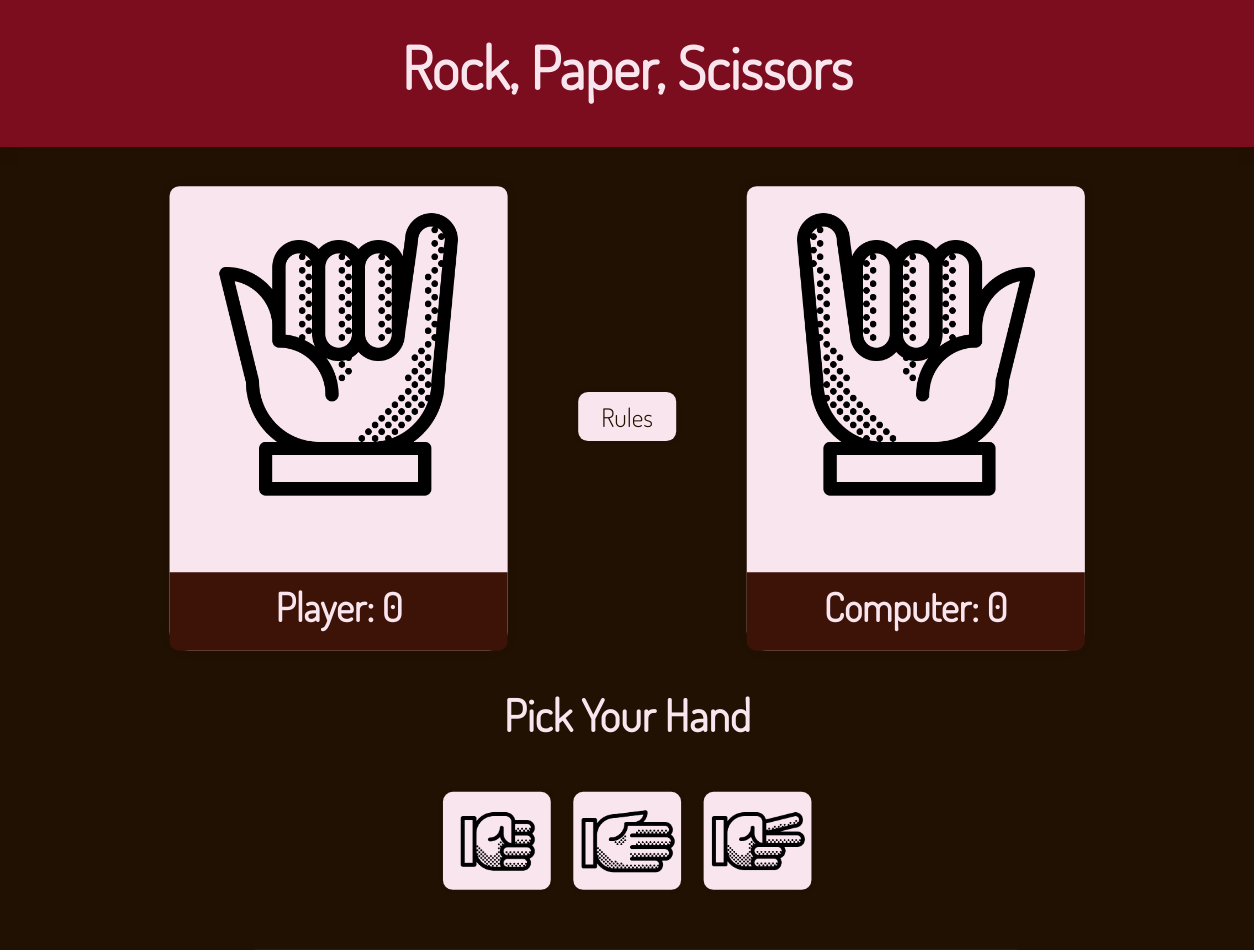
Repository: shayanabedi98/rock-paper-scissors
Page: index.html
The author's editor kept a copy of each file at every save. The page is drawn from the files as they stood at one save, then again after the next save.
The browser window is 1280 px wide. The pictures show the whole page, at 98% of full size.

Above is the page before, as saved 2023-07-15 16:04:29.

After the next save:
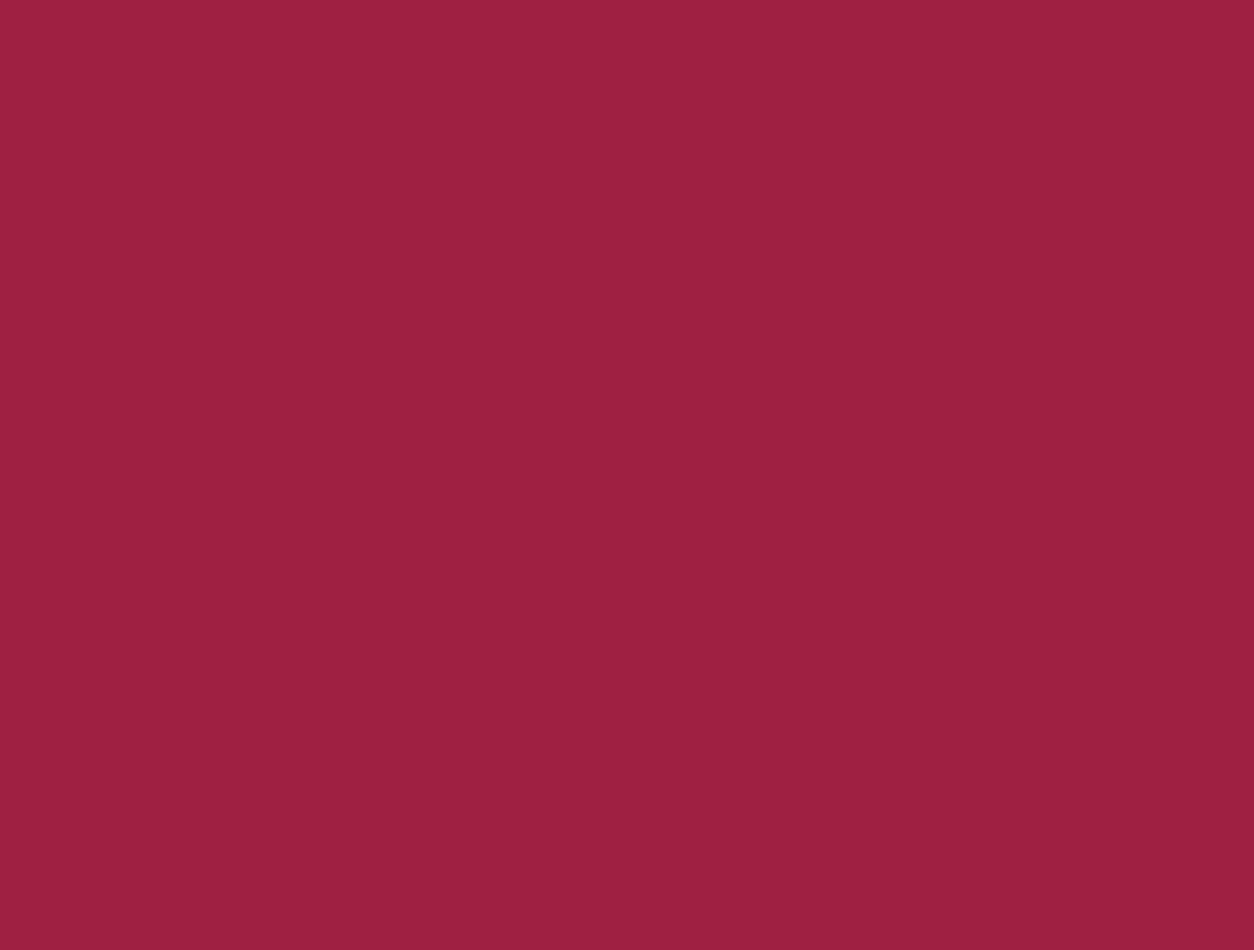
Saved 22 s later.
--- a/styles.css
+++ b/styles.css
@@ -16,7 +16,7 @@ h1 {
     background-color: #211103;
     margin: 0;
     padding: 0;
-    z-index: 3;
+    visibility: hidden;
 }
 
 .header {

After the save that followed:
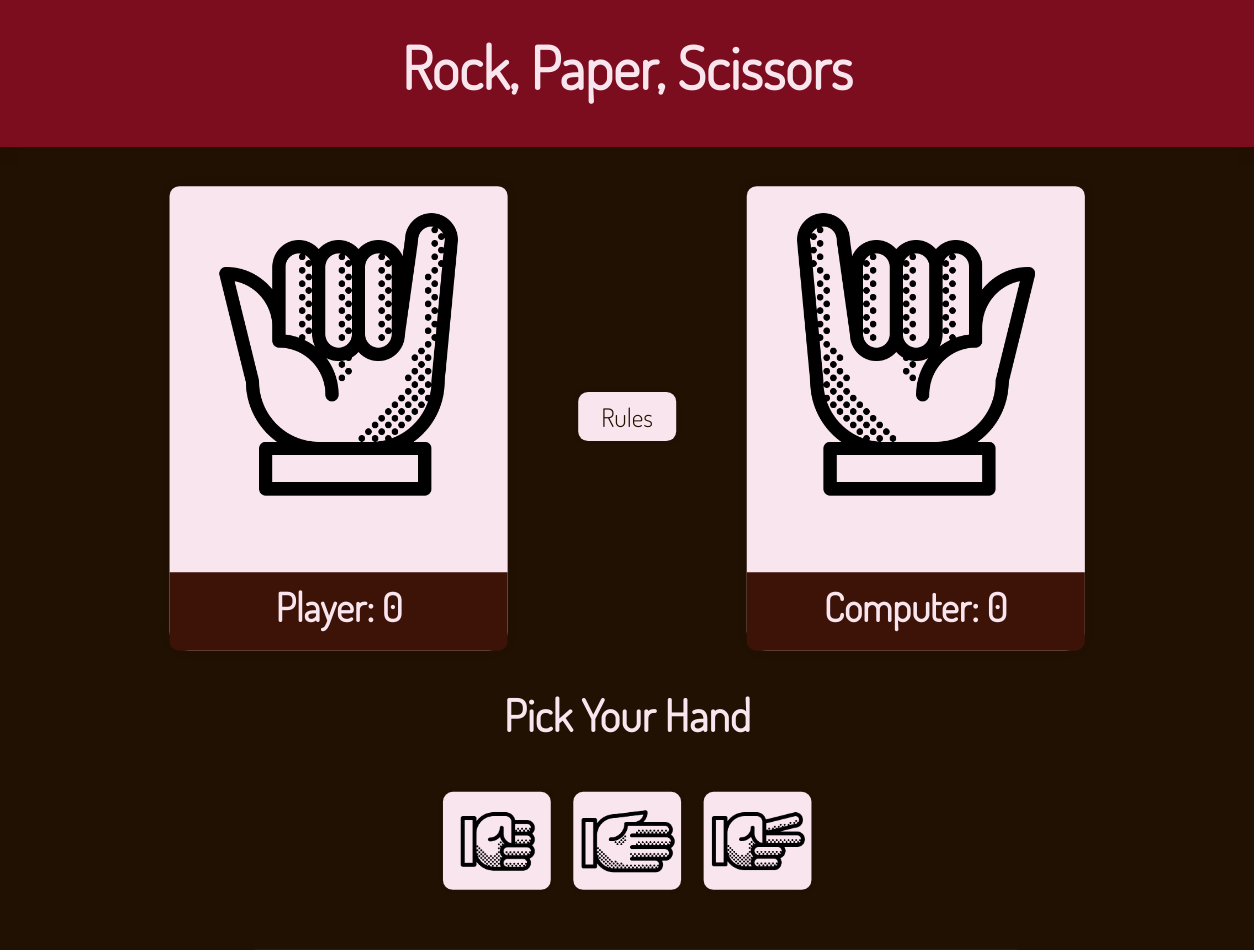
Saved 4 s later.
--- a/styles.css
+++ b/styles.css
@@ -16,7 +16,6 @@ h1 {
     background-color: #211103;
     margin: 0;
     padding: 0;
-    visibility: hidden;
 }
 
 .header {
